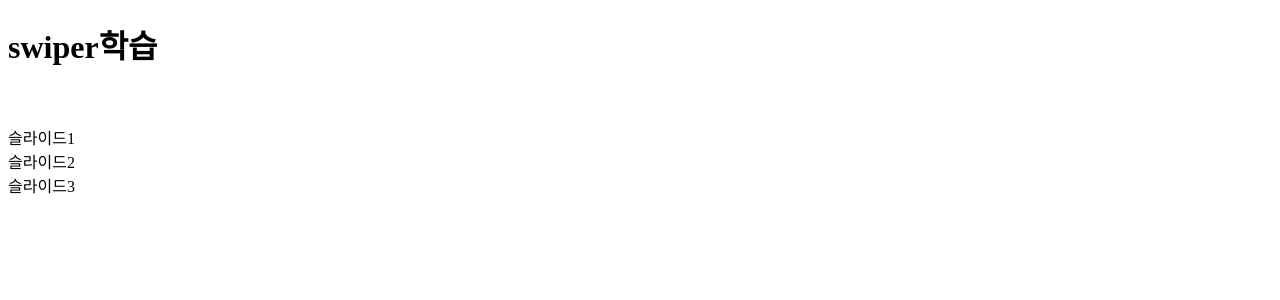
Repository: hans9170/test11
Page: onehouse/src/main/webapp/swiper/swiper.html
The author's editor kept a copy of each file at every save. The page is drawn from the files as they stood at one save, then again after the next save.
The browser window is 1280 px wide. The pictures show the whole page.

Above is the page before, as saved 2025-02-05 08:19:15.

### onehouse/src/main/webapp/swiper/swiper.html
<!DOCTYPE html>
<html>
<head>
<meta charset="UTF-8">
<title>Insert title here</title>
</head>
<body>
	<h1>swiper학습</h1>
	<br><br>

	<div class='swiper'>
		<div class='swiper-wrapper'>
			<div class='swiper-slider'>슬라이드1</div>
			<div class='swiper-slider'>슬라이드2</div>
			<div class='swiper-slider'>슬라이드3</div>
		</div>
	</div>
</body>
</html>

After the next save:
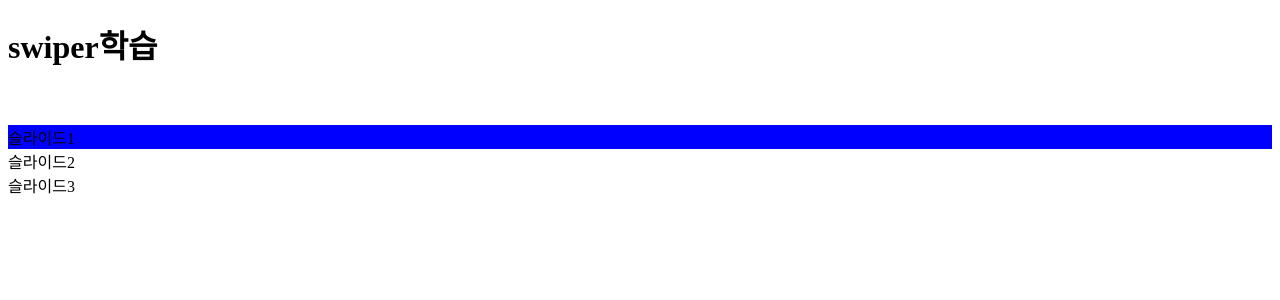
Saved 13 s later.
--- a/onehouse/src/main/webapp/swiper/swiper.html
+++ b/onehouse/src/main/webapp/swiper/swiper.html
@@ -10,7 +10,7 @@
 
 	<div class='swiper'>
 		<div class='swiper-wrapper'>
-			<div class='swiper-slider'>슬라이드1</div>
+			<div class='swiper-slider' style="background: blue">슬라이드1</div>
 			<div class='swiper-slider'>슬라이드2</div>
 			<div class='swiper-slider'>슬라이드3</div>
 		</div>
